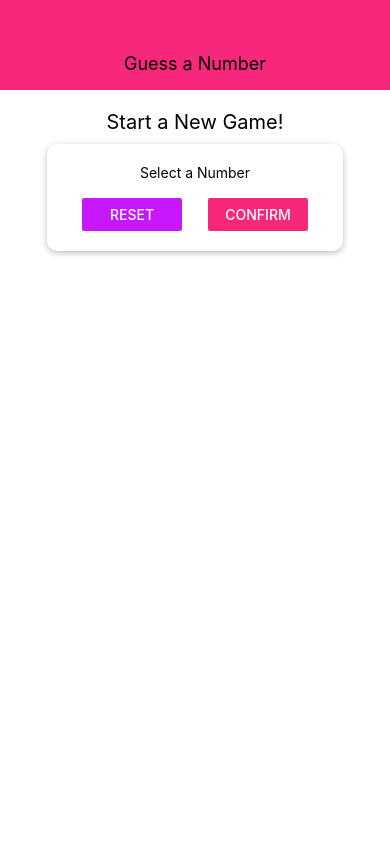
Repository: jes-wd/rn-num-guess
Screen: /
These files come from the project's save history. The screen is drawn as it stood at one moment and after the next save; the edit follows.
The app was drawn by React Native's web renderer in a window 390 px wide. The project was rebuilt for these pictures with package versions that can differ from the ones it lists, and the page was loaded fresh each time.

Above is the screen before, as saved 2020-03-21 23:14:55.

### App.js
import React from 'react';
import { StyleSheet, View } from 'react-native';

import Header from './components/Header';
import StartGameScreen from './screens/StartGameScreen';

export default function App() {
  return (
    <View style={styles.screen}>
      <Header title="Guess a Number" />
      <StartGameScreen />
    </View>
  );
}

const styles = StyleSheet.create({
  screen: {
    flex: 1
  }
});

### components/Header.js
import React from 'react';
import { View, Text, StyleSheet } from 'react-native';

import Colors from '../constants/Colors';

const Header = props => {
  return(
    <View style={styles.header}>
      <Text style={styles.headerTitle}>{props.title}</Text>
    </View>
  );
};

const styles = StyleSheet.create({
  header: {
    width: '100%',
    height: 90,
    paddingTop: 36,
    backgroundColor: Colors.primary,
    alignItems: 'center',
    justifyContent: 'center'
  },
  headerTitle: {
    color: 'black',
    fontSize: 18
  }
});

export default Header;

### screens/StartGameScreen.js
import React from 'react';
import { View, Text, StyleSheet, TextInput, Button } from 'react-native';

import Card from '../components/Card';
import Input from '../components/Input';
import Colors from '../constants/Colors';

const StartGameScreen = props => {
  return (
    <View style={styles.screen}>
      <Text style={styles.title}>Start a New Game!</Text>
      <Card style={styles.inputContainer}>
        <Text>Select a Number</Text>
        <TextInput />
        <View style={styles.buttonContainer}>
          <View style={styles.button}>
            <Button title="Reset" onPress={() => {}} color={Colors.accent} />
          </View>
          <View style={styles.button}>
            <Button title="Confirm" onPress={() => {}} color={Colors.primary} />
          </View>
        </View>
      </Card>
    </View>
  );
};

const styles = StyleSheet.create({
  screen: {
    flex: 1,
    padding: 10,
    alignItems: 'center'
  },
  title: {
    fontSize: 20,
    marginVertical: 10
  },
  inputContainer: {
    width: 300,
    maxWidth: '80%',
    alignItems: 'center'
  },
  buttonContainer: {
    flexDirection: 'row',
    width: '100%',
    justifyContent: 'space-between',
    paddingHorizontal: 15
  },
  button: {
    width: 100
  }
});

export default StartGameScreen;

### constants/Colors.js
export default {
  primary: '#f7287b',
  accent: '#c717fc'
}

### components/Input.js
import React from 'react';
import { TextInput, StyleSheet } from 'react-native';

const Input = props => {
  return(
    <TextInput style={{...styles.input, ...props.styles}} />
  )
};


const styles = StyleSheet.create({
  input: {
    height: 30,
    borderBottomColor: 'grey',
    borderBottomWidth: 1,
    marginVertical: 10
  }
});

export default Input;

Loaded but not shown: components/Card.js (common file)

After the next save:
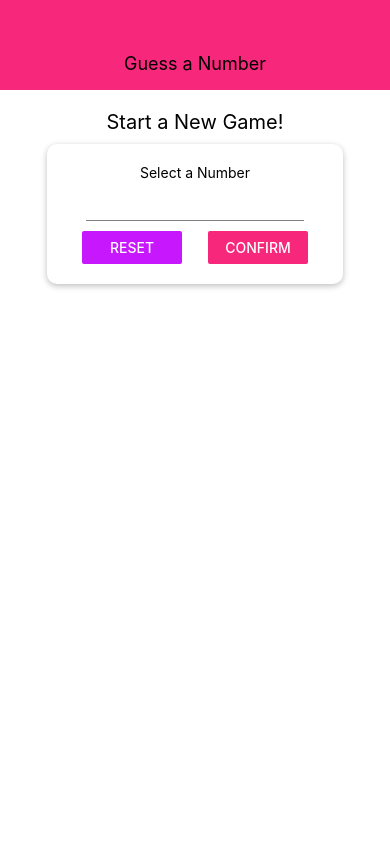
Saved 17 s later.
--- a/screens/StartGameScreen.js
+++ b/screens/StartGameScreen.js
@@ -1,5 +1,5 @@
 import React from 'react';
-import { View, Text, StyleSheet, TextInput, Button } from 'react-native';
+import { View, Text, StyleSheet, Button } from 'react-native';
 
 import Card from '../components/Card';
 import Input from '../components/Input';
@@ -11,7 +11,7 @@ const StartGameScreen = props => {
       <Text style={styles.title}>Start a New Game!</Text>
       <Card style={styles.inputContainer}>
         <Text>Select a Number</Text>
-        <TextInput />
+        <Input />
         <View style={styles.buttonContainer}>
           <View style={styles.button}>
             <Button title="Reset" onPress={() => {}} color={Colors.accent} />
